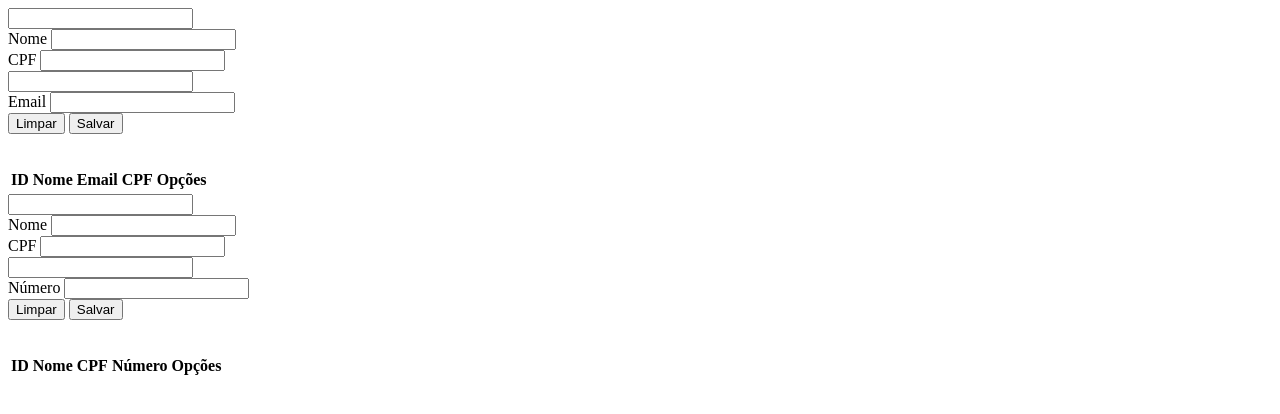
Repository: heloisakrajewski/projeto-leo
Page: Projeto/pyrafilms/WebContent/usuario.html
The author's editor kept a copy of each file at every save. The page is drawn from the files as they stood at one save, then again after the next save.
The browser window is 1280 px wide. The pictures show the whole page.

Above is the page before, as saved 2016-11-27 02:14:05.
Console error: ReferenceError: jQuery is not defined

### Projeto/pyrafilms/WebContent/usuario.html
<meta charset="utf-8">
    <meta http-equiv="X-UA-Compatible" content="IE=edge">
    <meta name="viewport" content="width=device-width, initial-scale=1">
    <meta name="description" content="">
    <meta name="author" content="">

<div id="usuario">
	 <form id="criarUsuarioForm">
		<div class="form-group">
			<div class="row">
				<input type="text" class="form-control hidden" name="id" />
				<div class="col-lg-6">
					<label>Nome</label>
					<input type="text" class="form-control" name="nome" />
				</div>
				<div class="col-lg-6">
					<label>CPF</label>
					<input type="text" class="form-control" name="cpf" />
				</div>
			</div>
		</div>
		<div class="form-group">
			<div class="row">
				<input type="text" class="form-control hidden" name="id" />
				<div class="col-lg-12">
					<label>Email</label>
					<input type="text" class="form-control" name="email"></input>
				</div>
			</div>
		</div>
		<div class="form-group">
			<div class="row">
				<div class="col-lg-12">
					<div class="btn-block btn-group">
						<input type="reset" class="btn btn-default" value="Limpar" />
						<input type="button" class="btn btn-primary" value="Salvar"
							onclick="adicionarUsuario();" />
					</div>
				</div>
			</div>
		</div>
	</form>

	<div class="form-group">
		<div class="col-lg-12">
			<br>
			<table id="grid-usuarios" class="table">
				<thead>
					<tr>
						<th class="text-center">ID</th>
						<th>Nome</th>
						<th>Email</th>
						<th>CPF</th>
						<th class="text-center">Opções</th>
					</tr>
				</thead>
				<tr>

				</tr>
			</table>
		</div>
	</div>
</div>

<div id="cartao" class="hide">

<form id="criarCartaoForm">
	<div class="form-group">
		<div class="row">
			<input type="text" class="form-control hidden" name="id" />
			<div class="col-lg-6">
				<label>Nome</label>
				<input type="text" class="form-control" name="nome" />
			</div>
			<div class="col-lg-6">
				<label>CPF</label>
				<input type="text" class="form-control" name="cpf"></input>
			</div>
		</div>
	</div>
	<div class="form-group">
		<div class="row">
			<input type="text" class="form-control hidden" name="id" />
			<div class="col-lg-6">
				<label>Número</label>
				<input type="text" class="form-control" name="numero" />
			</div>
			<div class="col-lg-6"></div>
		</div>
	</div>
	<div class="form-group">
		<div class="row">
			<div class="col-lg-12">
				<div class="btn-block btn-group">
					<input type="reset" class="btn btn-default" value="Limpar" />
					<input type="button" class="btn btn-primary" value="Salvar"
						onclick="adicionarCartao();" />
				</div>
			</div>
		</div>
	</div>
</form>

<div class="form-group">
	<div class="col-lg-12">
		<br>
		<table id="grid-cartaos" class="table">
			<thead>
				<tr>
					<th>ID</th>
					<th>Nome</th>
					<th>CPF</th>
					<th>Número</th>
					<th>Opções</th>
				</tr>
			</thead>
			<tr>

			</tr>
		</table>
	</div>
</div>

</div>



	<script src="js/json.js" type="text/javascript"></script>
	<script src="js/bootstrap.min.js"></script>
	<!-- <script src="js/custom.js" type="text/javascript"></script> -->
	<script type="text/javascript">

	var host = "http://localhost:8080/pyrafilms/services/";

	$(document).ready(function() {
		listarUsuarios();
	});


	function listarUsuarios() {
		$.ajax({
			url : host + 'usuarios/',
			type : 'GET',
			 headers: {
                 Accept : 'application/json'
  			},
			success : function(data) {
				renderizarUsuarios(data);

			},
			error: function(data) {
				alert("Erro na invocaÃ§Ã£o");
			}
		});
	};

	function renderizarUsuarios(data) {
		$("#grid-usuarios tbody tr").remove();
		var str = "";

		$.each(data.usuarioes.usuario, function(i, usuario) {
			str += '<tr>';
			str += '<td class="text-center">' + usuario.id + '</td>';
			str += '<td>' + usuario.nome + '</td>';
			str += '<td>' + usuario.email + '</td>';
			str += '<td>' + usuario.cpf + '</td>';
			str += '<td class="text-center">';
			str += '&nbsp;<button class="btn btn-info" onclick="cartoesUsuario('+ usuario.id +')">Cartões</button>';
			str += '<button class="btn btn-primary" onclick="carregaUsuario(' + usuario.id + ');">Editar</button>';
			str += '&nbsp;<button class="btn btn-danger" name="excluirUsuari" onclick="excluirUsuario('+ usuario.id +')">Excluir</button>';
			str += '</td>';
			str += '</tr>';
		});

		$("#grid-usuarios tbody").append(str);

	}

	function excluirUsuario(id) {
		$.ajax({
				url : host + 'usuarios/' + id,
				type : 'DELETE',
				success : function(data) {
					listarUsuarios();
				},
				error : function(data) {
					console.log(data);
					alert("Ocorreu um erro: " + data.status + " "
							+ data.statusText);
				}
			});

	};

	function adicionarUsuario() {
		var data = $("#criarUsuarioForm").serializeJSON();

		if(data.id){
			atualizaUsuario(data);
  		}else {
  			criaUsuario(data);
  	  	}
	}

	function atualizaUsuario(data) {
		id = data.id;
			data = "{\"usuario\":" + JSON.stringify(data) + "}";
			$.ajax({
			   url : host + 'usuarios',
			   type : 'PUT',
			   contentType : 'application/json',
			   data : data,
			   success : function(data) {
				  //alert("Incluído com sucesso!");
				  //$("#criarUsuarioForm")[0].reset();
				  listarUsuarios();
			   },
			   error : function(data) {
					console.log(data);
					alert("Ocorreu um erro: " + data.status + " "+ data.statusText);

			   }
			 });
		}

	function carregaUsuario(id) {
		$.ajax({
			url : host + 'usuarios/' + id,
			type : 'GET',
			success : function(data) {
				var frm =  $("#criarUsuarioForm");
				 $.each(data.usuario, function(key, value){
					    $('[name='+key+']', frm).val(value);
				});
			},
			error : function(data) {
				console.log(data);
				alert("Ocorreu um erro: " + data.status + " "
						+ data.statusText);
			}
		});

	}


	function criaUsuario(data){
		data = "{\"usuario\":" + JSON.stringify(data) + "}";
		$.ajax({
		   url : host + 'usuarios',
		   type : 'POST',
		   contentType : 'application/json',
		   data : data,
		   success : function(data) {
			  alert("Incluído com sucesso!");
			  $("#criarUsuarioForm")[0].reset();
			  listarUsuarios();
		   },
		   error : function(data) {

				console.log(data);
				alert("Ocorreu um erro: " + data.status + " "
						+ data.statusText);
		   }
		 });
	}

	function cartoesUsuario(usuario) {
		$("#cartao").removeClass("hide");
		$("#usuario").addClass("hide");
		listaCartoesUsuario(usuario);
	};


	///INICIO CARTÃO

	function listaCartoesUsuario(usuario) {
		$.ajax({
			url : host + 'cartaos/' + usuario,
			type : 'GET',
			 headers: {
                 Accept : 'application/json'
  			},
			success : function(data) {
				renderizarCartaos(data);

			},
			error: function(data) {
				alert("Erro na invocaÃ§Ã£o");
			}
		});
	};

	function renderizarCartaos(data) {
		var str = "";

		$.each(data.cartaoes.cartao, function(i, cartao) {
			str += '<tr>';
			str += '<td>' + cartao.id + '</td>';
			str += '<td>' + cartao.nome + '</td>';
			str += '<td>' + cartao.cpf + '</td>';
			str += '<td>' + cartao.numero + '</td>';
			str += '<td>';
			str += '&nbsp;<button class="btn btn-danger" name="excluirUsuari" onclick="excluirCartao('+ cartao.id +')">Excluir</button>';
			str += '</td>';
			str += '</tr>';
		});

		$("#grid-cartaos tbody").append(str);

	}

	function excluirCartao(id) {
		$.ajax({
				url : host + 'cartaos/' + id,
				type : 'DELETE',
				success : function(data) {
					$("#grid-cartaos tbody").remove(id);
				},
				error : function(data) {
					console.log(data);
					alert("Ocorreu um erro: " + data.status + " "
							+ data.statusText);
				}
			});

	};

	function adicionarCartao() {
		var data = $("#criarCartaoForm").serializeJSON();

		if(data.id){
			atualizaCartao(data);
  		}else {
  			criaCartao(data);
  	  	}
	}

	function atualizaCartao(data) {
		id = data.id;
			data = "{\"cartao\":" + JSON.stringify(data) + "}";
			$.ajax({
			   url : host + 'cartaos',
			   type : 'PUT',
			   contentType : 'application/json',
			   data : data,
			   success : function(data) {
				  //alert("Incluído com sucesso!");
				  //$("#criarCartaoForm")[0].reset();
				  listarCartaos();
			   },
			   error : function(data) {
					console.log(data);
					alert("Ocorreu um erro: " + data.status + " "+ data.statusText);

			   }
			 });
		}

	function carregaCartao(id) {
		$.ajax({
			url : host + 'cartaos/',
			type : 'GET',
			success : function(data) {
				var frm =  $("#criarCartaoForm");
				 $.each(data.Cartao, function(key, value){
					    $('[name='+key+']', frm).val(value);
				});
			},
			error : function(data) {
				console.log(data);
				alert("Ocorreu um erro: " + data.status + " "
						+ data.statusText);
			}
		});

	}


	function criaCartao(data){
		data = "{\"cartao\":" + JSON.stringify(data) + "}";
		$.ajax({
		   url : host + 'cartaos',
		   type : 'POST',
		   contentType : 'application/json',
		   data : data,
		   success : function(data) {
			  alert("Incluído com sucesso!");
			  $("#criarCartaoForm")[0].reset();
			  listarCartaos();
		   },
		   error : function(data) {

				console.log(data);
				alert("Ocorreu um erro: " + data.status + " "
						+ data.statusText);
		   }
		 });
	}


	///FIM CARTÃO

	</script>
</body>
</html>

### Projeto/pyrafilms/WebContent/js/json.js
/*!
  SerializeJSON jQuery plugin.
  https://github.com/marioizquierdo/jquery.serializeJSON
  version 1.0.1 (Aug 20, 2012)

  Copyright (c) 2012 Mario Izquierdo
  Dual licensed under the MIT (http://www.opensource.org/licenses/mit-license.php)
  and GPL (http://www.opensource.org/licenses/gpl-license.php) licenses.
*/
(function ($) {
  "use strict";

  $.fn.serializeJSON = function () {
    var obj, formAsArray;
    obj = {};
    formAsArray = this.serializeArray();

    $.each(formAsArray, function (i, input) {
      var name, value, keys;
      name = input.name;
      value = input.value;

      // Split the input name in programatically readable keys
      // name = "foo"              => keys = ['foo']
      // name = "[foo]"            => keys = ['foo']
      // name = "foo[inn][bar]"    => keys = ['foo', 'inn', 'bar']
      // name = "foo[inn][arr][0]" => keys = ['foo', 'inn', 'arr', '0']
      // name = "arr[][val]"       => keys = ['arr', '', 'val']
      keys = $.map(name.split('['), function (key) {
        var last;
        last = key[key.length - 1];
        return last === ']' ? key.substring(0, key.length - 1) : key;
      });
      if (keys[0] === '') { keys.shift(); } // "[foo][inn]" should be same as "foo[inn]"

      // Set value in the object using the keys
      $.deepSet(obj, keys, value);
    });
    return obj;
  };

  // Auxiliar function to check if a variable is an Object
  var isObject = function (obj) {
    return obj === Object(obj);
  };

  /**
  Access the object in a deep key and assigns the value:

  // Examples:
  deepSet(obj, ['foo'], v)                //=> obj['foo'] = v
  deepSet(obj, ['foo', 'inn'], v)         //=> obj['foo']['inn'] = v // Create the inner obj['foo'] object, if needed
  deepSet(obj, ['foo', 'inn', 'inn'], v)  //=> obj['foo']['inn']['inn'] = v
  deepSet(obj, ['0'], v)                  //=> obj[0] = v // obj may be an Array
  deepSet(obj, [''], v)                   //=> obj.push(v) // assume obj as array, and add a new value to the end
  deepSet(obj, ['arr', '0'], v)           //=> obj['arr']['0'] = v // obj['arr'] is created as Array if needed
  deepSet(obj, ['arr', ''], v)            //=> obj['arr'].push(v)
  deepSet(obj, ['foo', 'arr', '0'], v)    //=> obj['foo']['arr'][0] = v // obj['foo'] is created as object and obj['foo']['arr'] as a Array, if needed
  deepSet(obj, ['arr', '0', 'foo'], v)    //=> obj['arr']['0']['foo'] = v // obj['foo'] is created as object and obj['foo']['arr'] as a Array and obj['foo']['arr'][0] as object, if needed

  // Complex example with array empty index,
  // it creates a new element, unless there is a nested non repeated key, so it assigns to the last element object:
  var arr = []
  deepSet(arr, [''], v)                   //=> arr === [v]
  deepSet(arr, ['', 'foo'], v)            //=> arr === [v, {foo: v}]
  deepSet(arr, ['', 'bar'], v)            //=> arr === [v, {foo: v, bar: v}]
  deepSet(arr, ['', 'bar'], v)            //=> arr === [v, {foo: v, bar: v}, {bar: v}]
  */
  $.deepSet = function (obj, keys, value) {
    if (!keys || keys.length === 0) { throw new Error("ArgumentError: keys param expected to be an array with least one key"); }
    var key, next, tail, defaultIfNotDefined, lastKey, lastElement;
    key = keys[0];
    next = keys[1];
    if (next !== undefined && next !== null) {
      tail = keys.slice(1);
      if (key === '') { // Empty key with => merge keys in the object element
        lastKey = obj.length - 1;
        lastElement = obj[obj.length - 1];
        if (isObject(lastElement) && !lastElement[next]) { // if next key is a new attribute in the last object element then set the new value in there
          key = lastKey;
        } else { // if the array does not have an object as last element, create one
          obj.push({});
          key = lastKey + 1;
        }
      }
      if (obj[key] === undefined) { // obj[key] ||= defaultIfNotDefined
        defaultIfNotDefined = (next === '' || !isNaN(parseInt(next, 10))) ? [] : {}; // Array or Object depending on next key
        obj[key] = defaultIfNotDefined;
      }
      $.deepSet(obj[key], tail, value); // Recursive access the inner Object
    } else {
      if (key === '') {
        obj.push(value);
      } else {
        obj[key] = value;
      }
    }
  };

}(jQuery));

Loaded but not shown: Projeto/pyrafilms/WebContent/js/bootstrap.min.js (library)

After the next save:
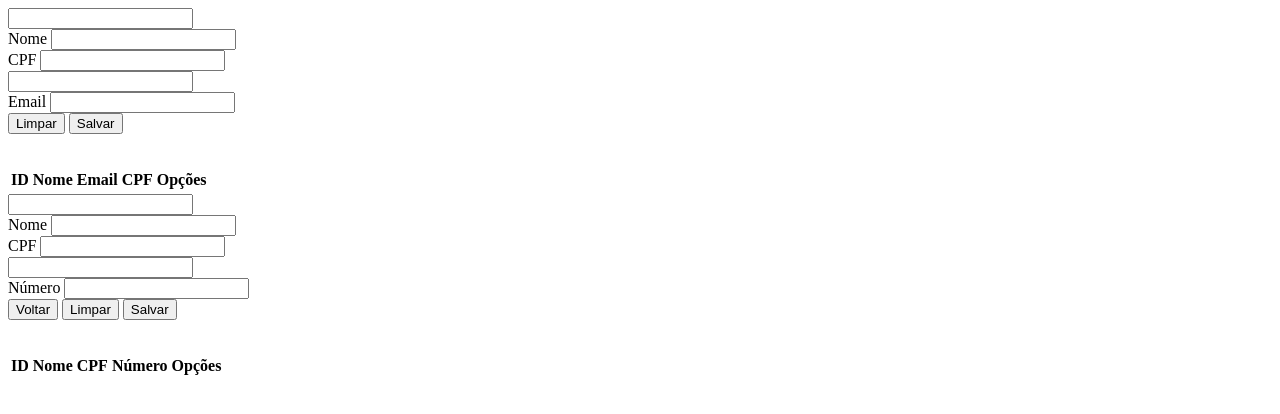
Saved 96 s later.
--- a/Projeto/pyrafilms/WebContent/usuario.html
+++ b/Projeto/pyrafilms/WebContent/usuario.html
@@ -92,6 +92,7 @@
 		<div class="row">
 			<div class="col-lg-12">
 				<div class="btn-block btn-group">
+					<input type="button" onclick="voltar()" class="btn btn-success" value="Voltar" />
 					<input type="reset" class="btn btn-default" value="Limpar" />
 					<input type="button" class="btn btn-primary" value="Salvar"
 						onclick="adicionarCartao();" />
